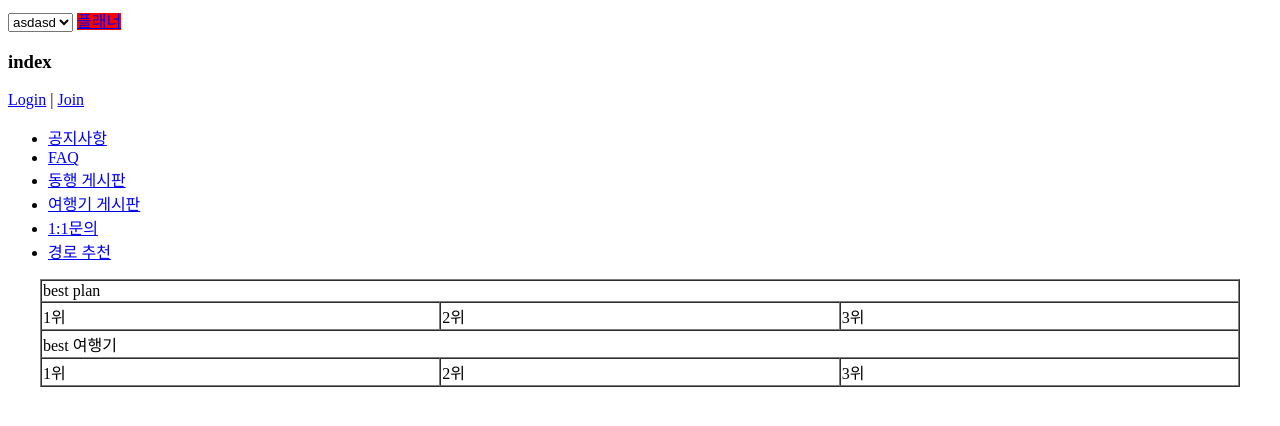
Repository: faqwer/khfinal
Page: http://localhost/finaltp/WEB-INF/views/indexMain.jsp
These files come from the project's save history. The page is drawn as it stood at one moment and after the next save; the edit follows.
The browser window is 1280 px wide. The pictures show the whole page.
The page is served by Tomcat 9. Nobody is signed in. The template is opened directly, without the code that normally fills it, so the values that code supplies are empty.

Above is the page before, as saved 2017-12-26 06:54:23.

After the next save:
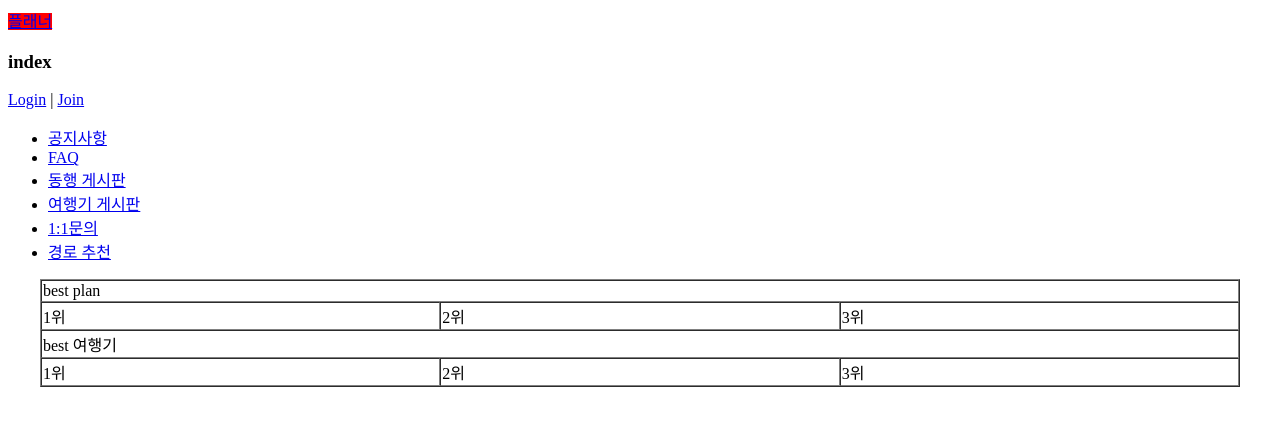
Saved 30 s later.
--- a/finaltp/finaltp/src/main/webapp/WEB-INF/views/indexMain.jsp
+++ b/finaltp/finaltp/src/main/webapp/WEB-INF/views/indexMain.jsp
@@ -72,10 +72,6 @@ window.onload = function() {
 </head>
 <body>
 
-<select>
-<option>asdasd
-</option>
-</select>
 	<a href="#" class="openMask" style="background-color: red;">플래너</a>
 <h3>index</h3>
 <c:set var="userid" value="${sessionScope.userid}" />
